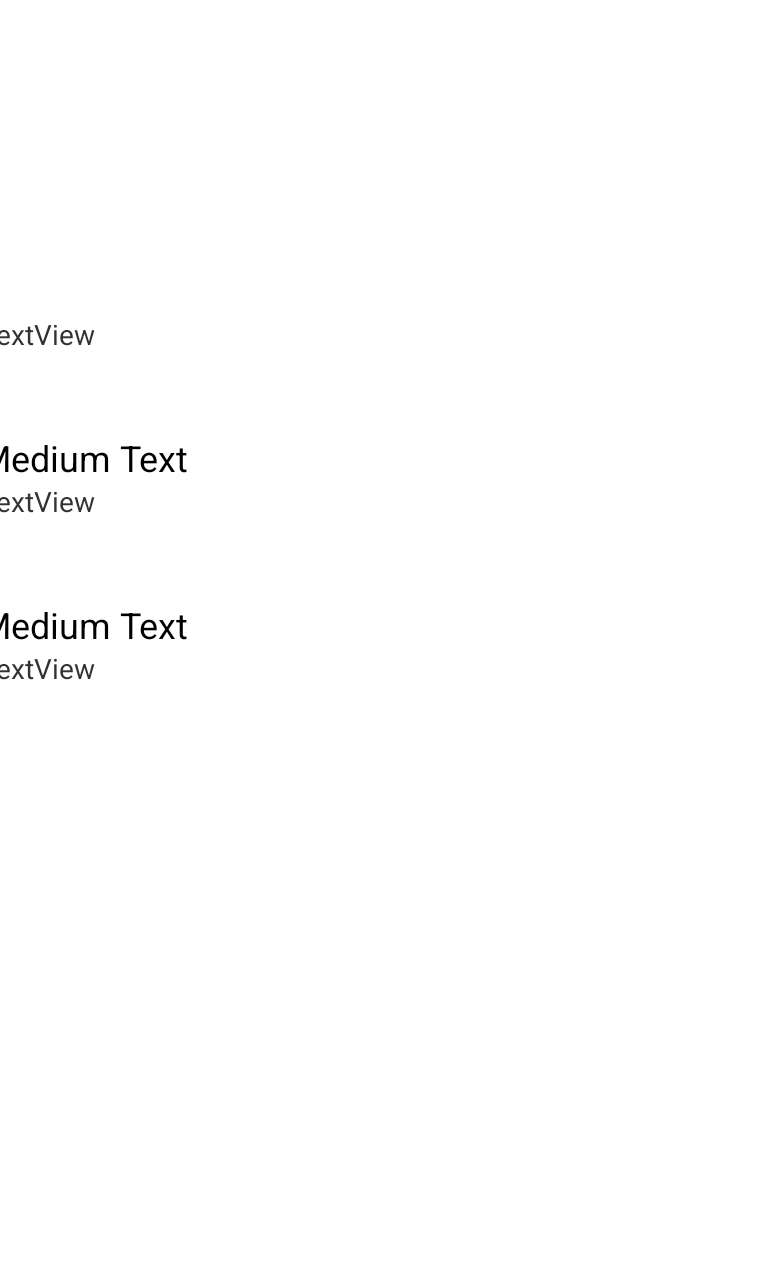
Repository: SimonIsMe/workspace_android
Layout: lista3/res/layout/blutooth.xml
The author's editor kept a copy of each file at every save. The layout is drawn from the files as they stood at one save, then again after the next save.
It is drawn on a 768 x 1280 px phone screen (xhdpi) without system bars, with theme AppTheme; the app's code is not run.

Above is the layout before, as saved 2012-12-05 16:13:16.

After the next save:
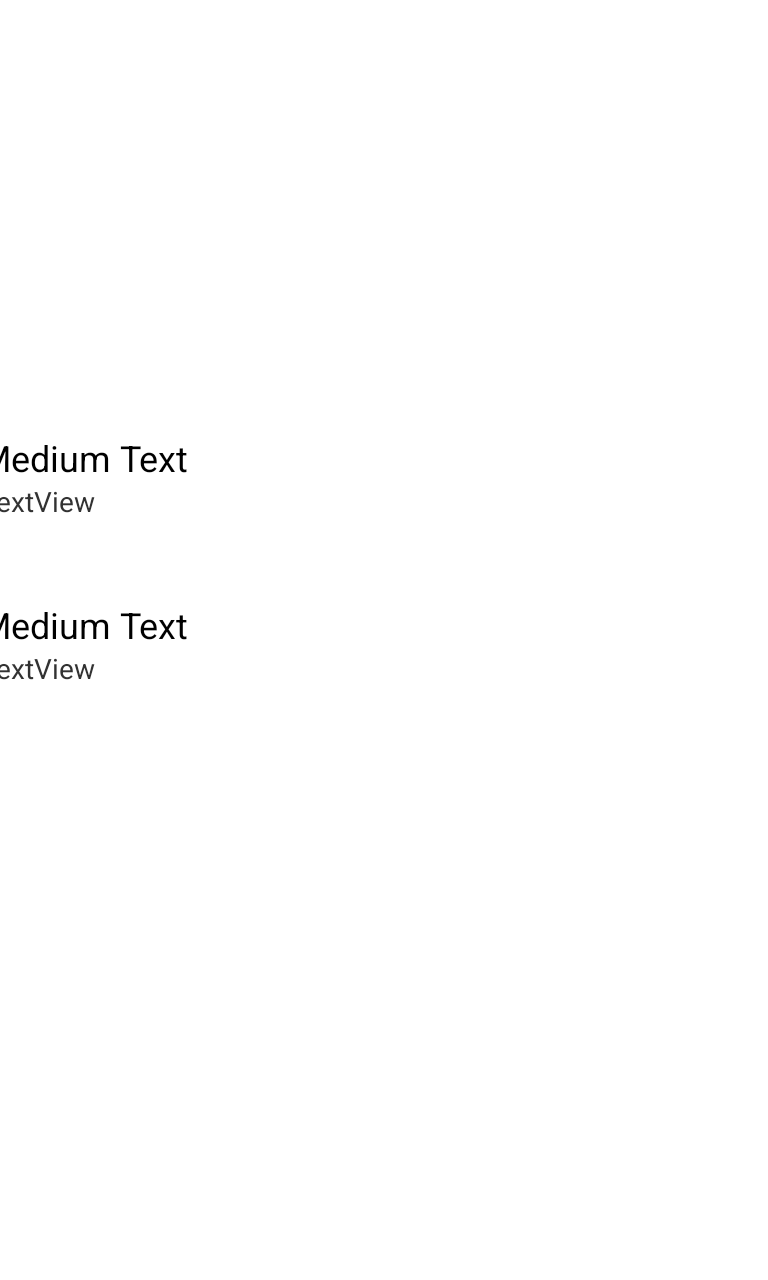
Saved 8 s later.
--- a/lista3/res/layout/blutooth.xml
+++ b/lista3/res/layout/blutooth.xml
@@ -73,7 +73,7 @@
             </TableRow>
 
             <TableRow
-                android:id="@+id/tableRow1"
+                android:id="@+id/tableRow4"
                 android:layout_width="fill_parent"
                 android:layout_height="wrap_content"
                 android:layout_marginBottom="40dp"
@@ -83,7 +83,7 @@
                     android:id="@+id/address_1"
                     android:layout_width="wrap_content"
                     android:layout_height="wrap_content"
-                    android:text="TextView" />
+                    android:text="" />
 
             </TableRow>
 
